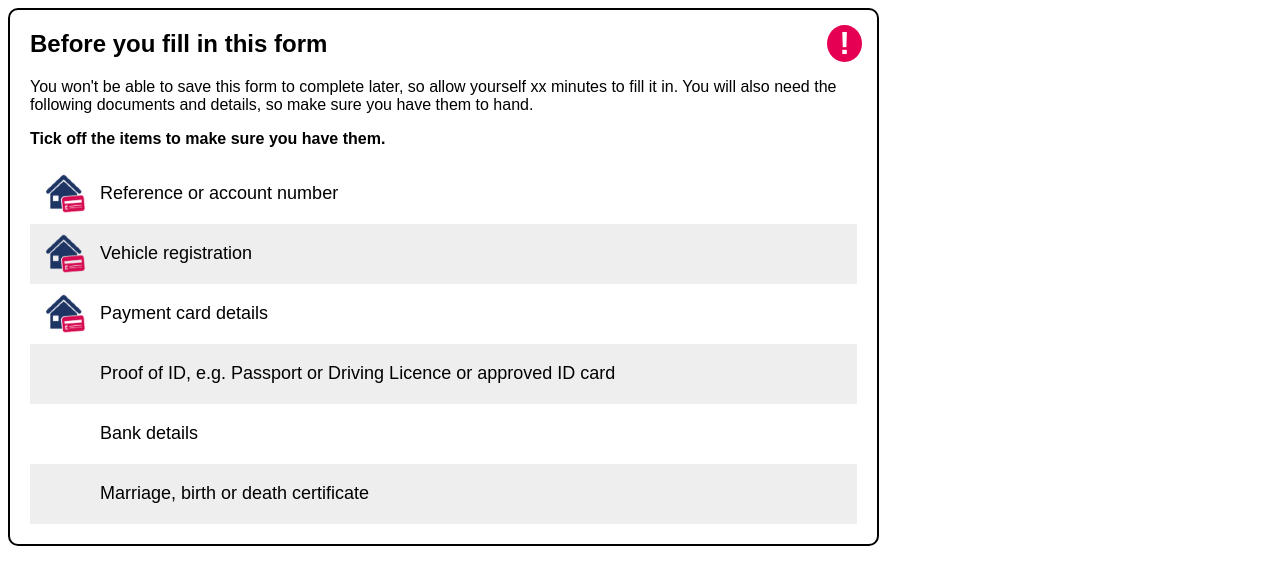
Repository: DigitalExperienceTeam/formchecklist
Page: index.html
The author's editor kept a record of every edit. The page is drawn from the files as they stood at one moment, then again after the next edit.
The browser window is 1280 px wide. The pictures show the whole page.

Above is the page before.

After the next edit:
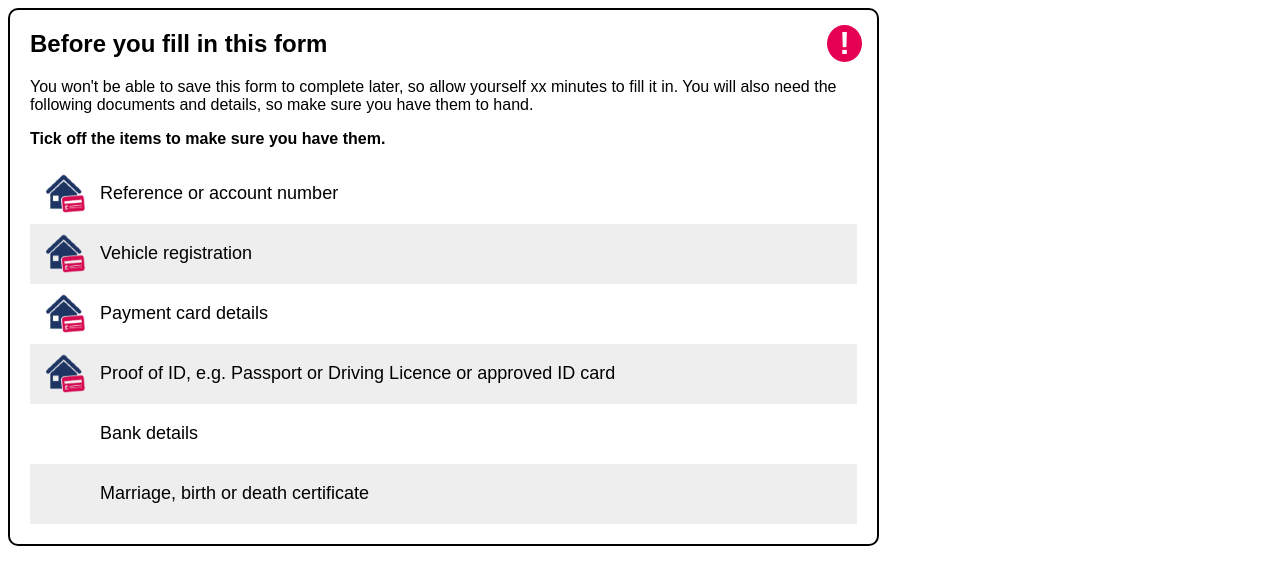
The edit:
--- a/style.css
+++ b/style.css
@@ -88,7 +88,7 @@
  content: url("Taxsmall.png");
 }
 
-.checklist ul li.reference::before {
+.checklist ul li.proof::before {
  content: url("Taxsmall.png");
 }
 
